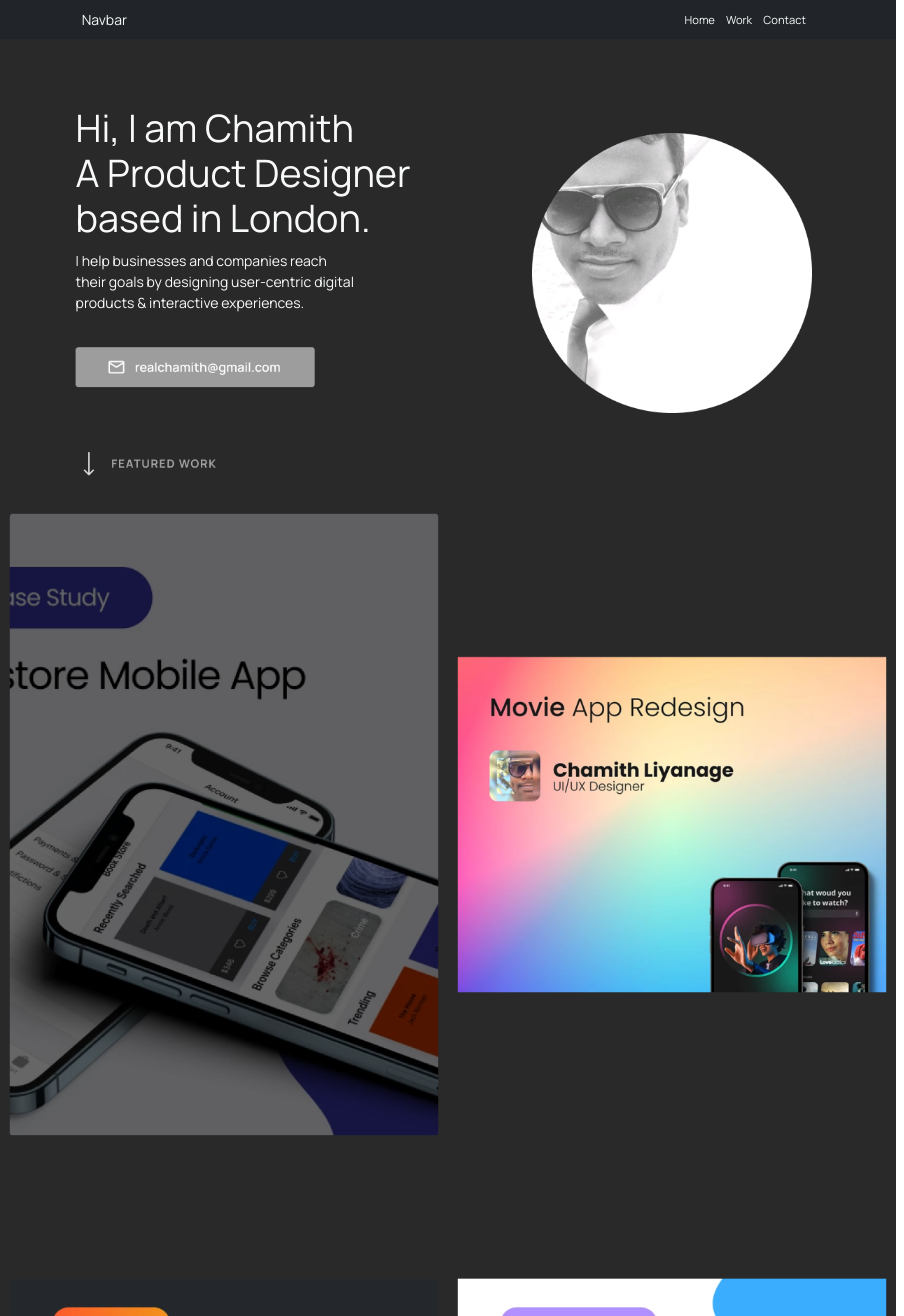
Repository: Realchamithweb/chamith-html
Page: index.html
An editor plug-in stored every save of this project. The page is shown before and after the next save, followed by the edit.
The browser window is 1280 px wide. The page is 1292 px wide, so the pictures cover 1292 px, including what lies to the right of the window. The pictures show the part of the page from y = 0 to 1880 px (the page is 4119 px tall before and 4139 px after), at 70% of full size.

Above is the page before, as saved 2023-01-04 16:33:57.

### index.html
<!doctype html>
<html lang="en">
  <head>
    <!-- Required meta tags -->
    <meta charset="utf-8">
    <meta name="viewport" content="width=device-width, initial-scale=1">
    <link rel="stylesheet" href="/css/style.css">
    <link rel="script" href="/js/main.js">
    <!-- Bootstrap CSS -->
    <link href="https://cdn.jsdelivr.net/npm/bootstrap@5.0.2/dist/css/bootstrap.min.css" rel="stylesheet" integrity="sha384-EVSTQN3/azprG1Anm3QDgpJLIm9Nao0Yz1ztcQTwFspd3yD65VohhpuuCOmLASjC" crossorigin="anonymous">
    <link rel="stylesheet" href="https://fonts.googleapis.com/css?family=Manrope">
    <title>Hello, world!</title>
  </head>
  <body>
    <div class="main">
            <div class="head">
                <nav class="navbar navbar-expand-lg navbar-light bg-dark">
                    <div class="container-fluid">
                        <div class="col-md-1"></div>
                    <a class="navbar-brand col-md-8 text-light" href="#">Navbar</a>
                    <button class="navbar-toggler" type="button" data-bs-toggle="collapse" data-bs-target="#navbarNavDropdown" aria-controls="navbarNavDropdown" aria-expanded="false" aria-label="Toggle navigation">
                        <span class="navbar-toggler-icon"></span>
                    </button>
                    <div class="collapse navbar-collapse" id="navbarNavDropdown">
                        <ul class="navbar-nav">
                        <li class="nav-item">
                            <a class="nav-link active text-light" aria-current="page" href="#">Home</a>
                        </li>
                        <li class="nav-item">
                            <a class="nav-link text-light" href="/work.html">Work</a>
                        </li>
                        <li class="nav-item">
                            <a class="nav-link text-light" href="/contact.html">Contact</a>
                        </li>
                        </ul>
                    </div>
                    </div>
                </nav>
            </div>

            <section>
            <div class="hero">
                <div class="container-fluid">
                    <div class="row">
                        <div class="col-lg-6">
                            <p class="hero-title text-light mt-5">Hi, I am Chamith<br>
                                A Product Designer<br>
                                based in London.
                            </p>
                            <p class="hero-text text-light mt-2">
                                I help businesses and companies reach <br>
                                their goals by designing user-centric digital <br>
                                products & interactive experiences.
                            </p>
                            <div class="mt-5">
                                <img src="/inc/Btn.png" class="hero-btn">
                            </div>
                        </div>
                        <div class="col-lg-6 d-flex justify-content-center mt-4">
                            <img src="/inc/unsplash_XHVpWcr5grQ.png"" class="hero-img">
                        </div>
                    </div>
                </div>
            </div>
            </section>
            <section>
            <div class="Featured-Work">
                <div class="container-fluid">
                    <div class="row">
                        <div class="col-lg-1  mb-5"></div>
                        <div class="col-lg-10  mb-5 mt-5">
                            <img src="/inc/Featured.png" class="img00">
                        </div>
                        <div class="col-lg-6 d-flex justify-content-center">
                            <img src="/inc/unsplash_mxPiMiz7KCo.png" class="img01">

                        </div>
                        <div class="col-lg-6 d-flex justify-content-center">
                            <img src="/inc/unsplash_g-pKprPg5yw.png" class="img02">
                        </div>
                    </div>
                </div>
                <div class="container-fluid">
                    <div class="row">
                        <div class="col-lg-6 d-flex justify-content-center">
                            <img src="/inc/unsplash_pqzRfBhd9r0.png" class="img01">
                        </div>
                        <div class="col-lg-6 d-flex justify-content-center">
                            <img src="/inc/unsplash_x-HpilsdKEk.png" class="img01">
                        </div>
                    </div>
                </div>
            </div>
            </section>
            <section>
                <div class="Visual-Explorations mb-5">
                    <div class="container-fluild">
                        <div class="row">
                            <div class="col-lg-12 d-flex justify-content-center text-light h1 mt-5 mb-5">Visual Explorations</div>
                            <div class="col-lg-4 d-flex justify-content-center">
                                <img src="/inc/unsplash_fd6K_OFlnRA.png" class="img01">
                            </div>
                            <div class="col-lg-4 d-flex justify-content-center">
                                <img src="/inc/unsplash_Glel-RswQqM.png" class="img01">
                            </div>
                            <div class="col-lg-4 d-flex justify-content-center">
                                <img src="/inc/unsplash_pPTw_RTkvXQ.png" class="img01">
                            </div>
                        </div>
                    </div>
                </div>
            </section>
            <section>
                <div class="Personal-Projects">
                    <div class="container-fluild">
                        <div class="row">
                            <div class="col-lg-12 d-flex justify-content-center text-light h1 mt-5">Personal Projects</div>
                            <div class="col-lg-4 d-flex justify-content-center">
                                <img src="/inc/Rectangle 4.png" class="img01">
                            </div>
                            <div class="col-lg-4 d-flex justify-content-center">
                                <img src="/inc/Rectangle 4-1.png" class="img01">
                            </div>
                            <div class="col-lg-4 d-flex justify-content-center">
                                <img src="/inc/Rectangle 4-2.png" class="img01">
                            </div>
                        </div>
                    </div>
                </div>
            </section>
            <section>
                <div class="contact-me">
                    <div class="container-fluild">
                        <div class="row">
                                <h2 class="text-light d-flex justify-content-center mb-5">Contact Me</h2>
                                <p class="text-light d-flex text-center justify-content-center h5 mb-5">If you are looking to hire a product designer,<br>
                                    I’m currently available for freelance work</p>
                                <div class="col-lg-12 d-flex justify-content-center mb-5">
                                    <img src="/inc/Btn.png" class="img02">
                                </div>
                        </div>
                    </div>
                </div>
            </section>
            <section>
                <div class="footer">
                    <div class="container-fluild">
                        <div class="row">
                            <hr class="text-light">
                            <div class="col-lg-4 text-center text-light mb-3">Made by Chamith — Copyright 2022</div>
                            <div class="col-lg-4 mb-3"></div>
                            <div class="col-lg-4 mb-3"><img src="/inc/Icons.png" class="img02"></div>
                        </div>
                    </div>
                </div>
            </section>

    </div>




    <!-- Optional JavaScript; choose one of the two! -->

    <!-- Option 1: Bootstrap Bundle with Popper -->
    <script src="https://cdn.jsdelivr.net/npm/bootstrap@5.0.2/dist/js/bootstrap.bundle.min.js" integrity="sha384-MrcW6ZMFYlzcLA8Nl+NtUVF0sA7MsXsP1UyJoMp4YLEuNSfAP+JcXn/tWtIaxVXM" crossorigin="anonymous"></script>

    <!-- Option 2: Separate Popper and Bootstrap JS -->
    <!--
    <script src="https://cdn.jsdelivr.net/npm/@popperjs/core@2.9.2/dist/umd/popper.min.js" integrity="sha384-IQsoLXl5PILFhosVNubq5LC7Qb9DXgDA9i+tQ8Zj3iwWAwPtgFTxbJ8NT4GN1R8p" crossorigin="anonymous"></script>
    <script src="https://cdn.jsdelivr.net/npm/bootstrap@5.0.2/dist/js/bootstrap.min.js" integrity="sha384-cVKIPhGWiC2Al4u+LWgxfKTRIcfu0JTxR+EQDz/bgldoEyl4H0zUF0QKbrJ0EcQF" crossorigin="anonymous"></script>
    -->
  </body>
</html>

### css/style.css
.main{
    background-color: #292929;
    font-family: 'Manrope', serif;

}

.hero{
    margin-top: 46px;
}

.hero-img{
    margin-top: 4em;
}

.hero-title{
    font-style: normal;
    font-weight: 400;
    font-size: 54px;
    line-height: 64px;
    margin-left: 96px;
}

.hero-text{
    font-style: normal;
    font-weight: 400;
    font-size: 20px;
    line-height: 30px;
    margin-left: 96px;
}

.hero-btn{
    margin-left: 96px;
}
/*
.hero-title{
    position: absolute;
    width: 824px;
    height: 192px;
    left: 96px;
    top: 240px;

    font-family: 'Inter';
    font-style: normal;
    font-weight: 400;
    font-size: 54px;
    line-height: 64px;
    color: #000000;
}

.hero-text{
    position: absolute;
    width: 824px;
    height: 90px;
    left: 96px;
    top: 456px;

    font-family: 'Inter';
    font-style: normal;
    font-weight: 400;
    font-size: 20px;
    line-height: 30px;
    /* or 150% */
    /* color: #000000
}

.hero-btn{
    box-sizing: border-box;
    position: absolute;
    width: 341.57px;
    height: 57px;
    left: 96px;
    top: 634px;

    background: #FFFFFF;
    border: 1px solid #000000;
    border-radius: 4px;
}

.f-row{
    display: flex;
    flex-direction: row;
    justify-content: center;
    align-items: center;
    padding: 8px;
    gap: 32px;

    position: absolute;
    height: 48px;
    left: 96px;
    top: 836px;
}

.img00{
    display: flex;
    flex-direction: row;
    justify-content: center;
    align-items: center;
    padding: 8px;
    gap: 32px;

    position: absolute;
    width: 198px;
    height: 48px;
    left: 96px;
    top: 836px;

}

.img01{
    position: absolute;
    width: 612px;
    height: 888px;
    left: 96px;
    top: 964px;
    border-radius: 4px;
}

.img01:hover{
    background: linear-gradient(0deg, rgba(0, 0, 0, 0.6), rgba(0, 0, 0, 0.6)), url("/inc/Bookstore.png"), #292929;
}

.img02{
    position: absolute;
    width: 612px;
    height: 888px;
    left: 732px;
    top: 1102px;

    background: url(3ffea8135910975.Y3JvcCwxMDgwLDg0NCwwLDExNw.png), #292929;
    border-radius: 4px;
}  */

After the next save:
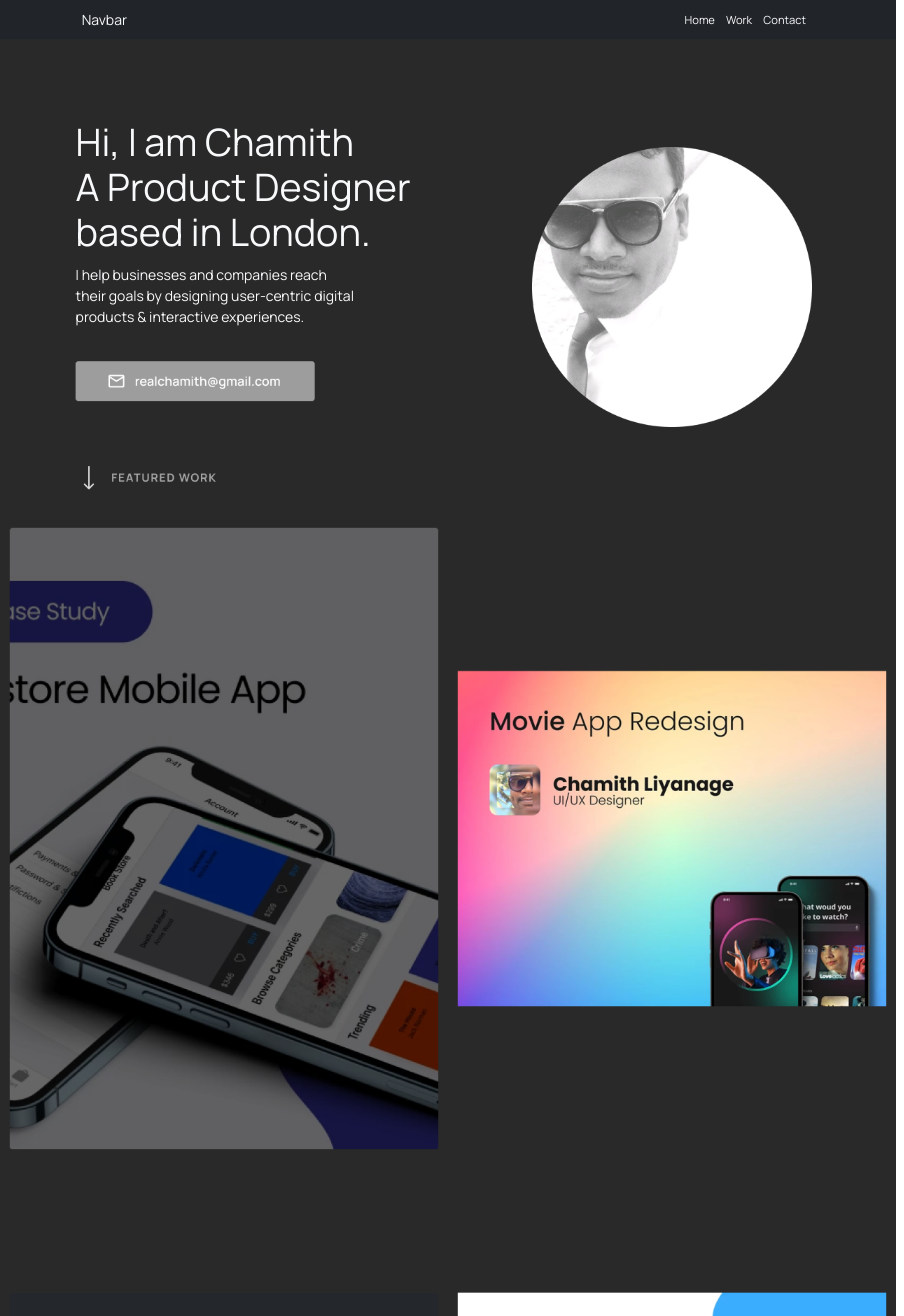
Saved 20 s later.
--- a/css/style.css
+++ b/css/style.css
@@ -5,7 +5,7 @@
 }
 
 .hero{
-    margin-top: 46px;
+    margin-top: 66px;
 }
 
 .hero-img{
